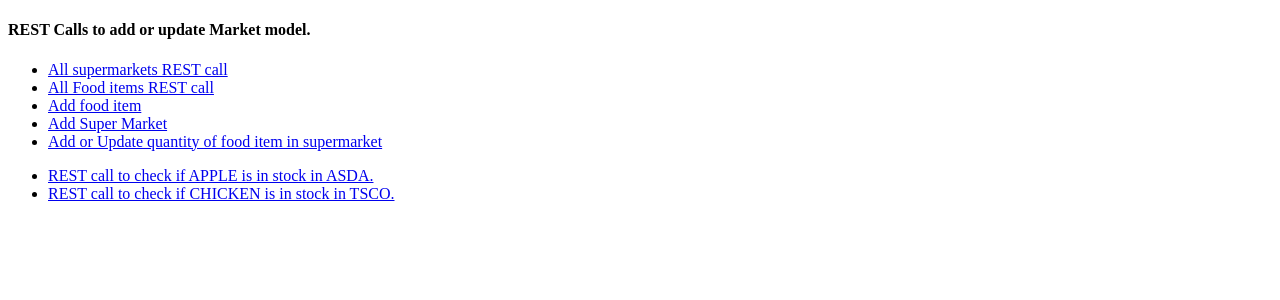
Repository: revatt/SuperMarket
Page: SuperMarketOld/web/pages/index.html
An editor plug-in stored every save of this project. The page is shown before and after the next save, followed by the edit.
The browser window is 1280 px wide. The pictures show the whole page.

Above is the page before, as saved 2013-10-06 23:46:45.

### SuperMarketOld/web/pages/index.html
<!DOCTYPE html>
<html>
<body>

<h4>REST Calls to add or update Market model.</h4>
<ul>
  <li><a href="rest/foodmarket/supermarkets">All supermarkets REST call</a></li>
  <li><a href="rest/foodmarket/fooditems">All Food items REST call</a></li>
  <li><a href="addFoodItem.html">Add food item</a></li>
  <li><a href="addSuperMarket.html">Add Super Market</a></li>
  <li><a href="addUpdateQuantity.html">Add or Update quantity of food item in supermarket</a></li>
</ul>

<ul>
	<li><a href="rest/foodmarket/fooditems/ASDA/APPLE">REST call to check if APPLE is in stock in ASDA.</a></li>
	<li><a href="rest/foodmarket/fooditems/TSCO/CHICKEN">REST call to check if CHICKEN is in stock in TSCO.</a></li>
</ul>


</body>
</html>

After the next save:
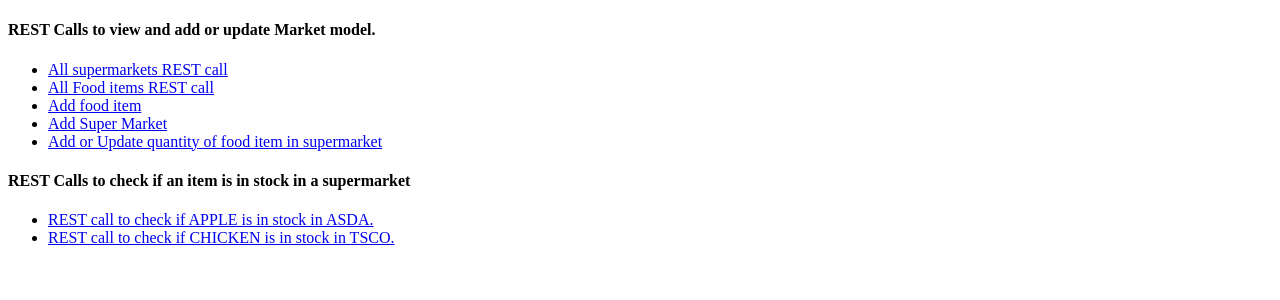
Saved 109 s later.
--- a/SuperMarketOld/web/pages/index.html
+++ b/SuperMarketOld/web/pages/index.html
@@ -2,7 +2,7 @@
 <html>
 <body>
 
-<h4>REST Calls to add or update Market model.</h4>
+<h4>REST Calls to view and add or update Market model.</h4>
 <ul>
   <li><a href="rest/foodmarket/supermarkets">All supermarkets REST call</a></li>
   <li><a href="rest/foodmarket/fooditems">All Food items REST call</a></li>
@@ -11,6 +11,7 @@
   <li><a href="addUpdateQuantity.html">Add or Update quantity of food item in supermarket</a></li>
 </ul>
 
+<h4>REST Calls to check if an item is in stock in a supermarket</h4>
 <ul>
 	<li><a href="rest/foodmarket/fooditems/ASDA/APPLE">REST call to check if APPLE is in stock in ASDA.</a></li>
 	<li><a href="rest/foodmarket/fooditems/TSCO/CHICKEN">REST call to check if CHICKEN is in stock in TSCO.</a></li>
